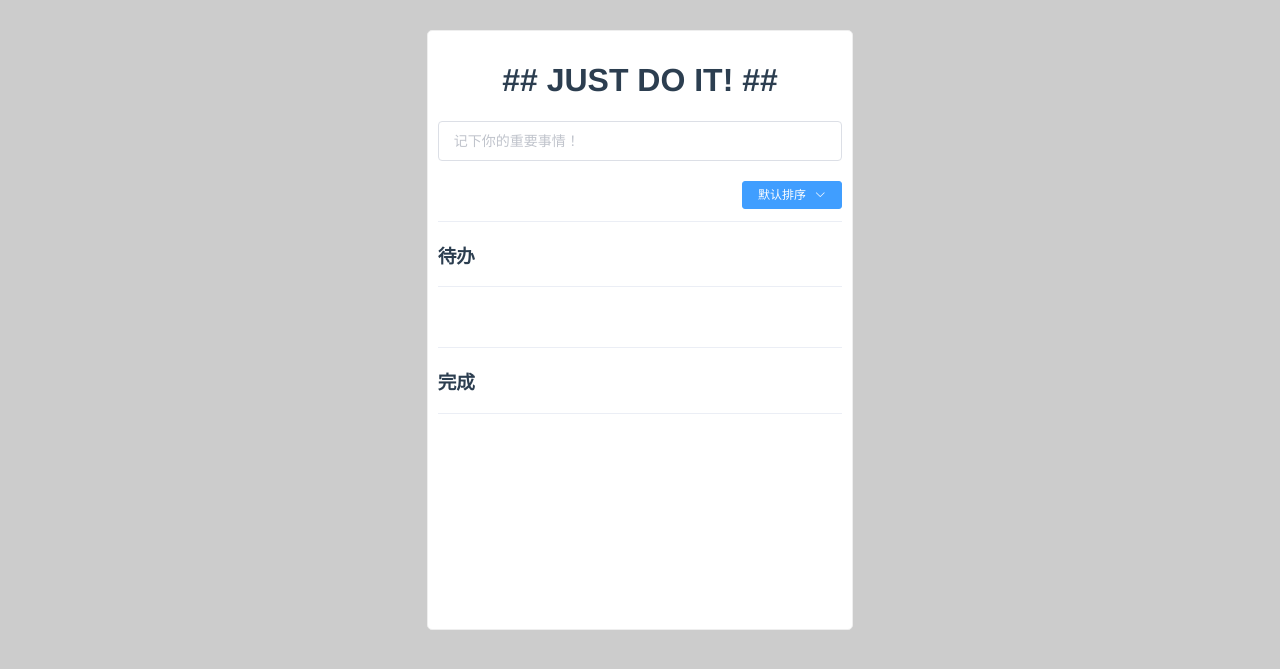
Repository: JonathanLee-LX/ToDo-LX
Page: /
These files come from the project's save history. The page is drawn as it stood at one moment and after the next save; the edit follows.
The browser window is 1280 px wide. The pictures show the whole page.
The project was rebuilt for these pictures with package versions that can differ from the ones it lists, and the page was loaded fresh each time.

Above is the page before, as saved 2018-06-30 18:57:39.

### index.html
<!DOCTYPE html>
<html>

<head>
  <meta charset="utf-8">
  <meta name="viewport" content="width=device-width,initial-scale=1.0">
  <title>todo-lx</title>
  <style type="text/css">
    html,
    body {
      width: 100%;
      height: 100%;
      margin: 0;
      padding: 0;
    }

  </style>
</head>

<body>
  <div id="app"></div>
  <!-- built files will be auto injected -->
</body>

</html>

### src/main.js
// The Vue build version to load with the `import` command
// (runtime-only or standalone) has been set in webpack.base.conf with an alias.
import Vue from 'vue'
import App from './App.vue'
import router from './router'
import ElementUI from 'element-ui'
import 'element-ui/lib/theme-chalk/index.css'

Vue.config.productionTip = false
Vue.use(ElementUI)

/* eslint-disable no-new */
new Vue({
  el: '#app',
  router,
  components: {
    App
  },
  template: '<App/>'
})

### src/App.vue
<template>
  <div id="app">
    <router-view/>
  </div>
</template>

<script>
export default {
  name: 'App'
}
</script>

<style>
#app {
    font-family: 'Avenir', Helvetica, Arial, sans-serif;
    -webkit-font-smoothing: antialiased;
    -moz-osx-font-smoothing: grayscale;
    text-align: center;
    color: #2c3e50;
    /* margin-top: 60px; */
    background-color: #ccc;
    width: 100%;
    min-height: 100%;
}
</style>

### src/router/index.js
import Vue from 'vue'
import Router from 'vue-router'
import ToDoList from '@/components/Todo'

Vue.use(Router)

export default new Router({
  routes: [{
    path: '/',
    name: 'ToDoList',
    component: ToDoList
  }]
})

### src/components/Todo.vue
<template>
  <div id="todo-app">
    <el-row>
      <el-col :offset="8" :span="8" class="main-container">
        <div class="main">
          <app-title></app-title>
          <InputArea
            @add-todo="addTodo"
          ></InputArea>
          <Sort></Sort>
          <TodoList
            :todoList="todoList"
            @has-done="hasDone"
          ></TodoList>
          <DoneList
            :doneList="doneList"
            @undo="undo"
          ></DoneList>
        </div>
      </el-col>
    </el-row>
  </div>
</template>
<script lang="js">
  import AppTitle from './app-title.vue'
  import InputArea from './Input-Area.vue'
  import TodoList from './Todo-List.vue'
  import DoneList from './Done-List.vue'
  import Sort from './Sort.vue'

  export default {
    components: {
      AppTitle,
      InputArea,
      Sort,
      TodoList,
      DoneList
    },
    data() {
      return {
        todo: '',
        todoList: [],
        doneList: []
      }
    },
    methods: {
      addTodo (todo) {
        this.todoList.push(todo)
      },
      hasDone(i, item) {
        let DoneList = this.todoList.splice(i, 1)
        this.addDone(DoneList)
      },
      addDone(DoneList) {
        this.doneList.push(DoneList)
      },
      undo(item) {
        let index = this.doneList.findIndex((item, i) => {
          return item.done === false
        })
        let todo = this.doneList.splice(index, 1)[0]
        this.todoList.push({
          title: todo.title,
          content: todo.content,
          createAt: todo.createAt,
          done: todo.done
        })
      }
    },
    created() {
    },
    beforeDestroy() {
    }
  }
</script>

<style>
  .main-container {
    background-color: #fff !important;
    min-height: 600px;
    border: 1px solid #eee;
    box-shadow: 1px 1px 1px #ccc;
    border-radius: 5px;
    margin-top: 30px;
  }

  .main {
    padding: 10px 10px;
  }

  .input-area {
    margin-bottom: 20px;
  }

  .el-col {
    background-color: #eee;
  }

  .el-collapse {
    margin-top: 60px;
  }

  .pull-right {
    float: right;
  }

  .pull-left {
    float: left;
  }

  .time {
    color: #aaa;
    font-size: 0.7em;
    display: inline-block;
    margin-right: 5px;
  }
</style>

### src/components/app-title.vue
<template>
  <h1
    class = "app-title"
  >## JUST DO IT! ##</h1>
</template>
<script>
</script>
<style>
  .app-title {
    color: '#ccc'
  }
</style>

### src/components/Input-Area.vue
<template>
    <div class="input-area">
        <el-input v-model="todo" @keydown.enter.native="addTodo" type="text" placeholder="记下你的重要事情！"></el-input>
    </div>
</template>
<script>
    export default {
        components: {},
        data() {
            return {
                todo: ''
            }
        },
        methods: {
            addTodo() {
                this.$emit('add-todo', {
                    title: this.todo
                })
                this.reset()
            },
            reset() {
                this.todo = ''
            }
        }
    }

</script>
<style>
</style>

### src/components/Todo-List.vue
<template>
  <el-collapse>
    <h3 style="text-align: left;">待办</h3>
    <div v-if="todoList.length">
      <el-collapse-item
        v-for="item in todoList"
        :title="item.title"
        :key="item.createAt"
        style="text-align: left;"
      >
        <template slot="title">
          <el-checkbox
            v-model="item.done"
            @change="getDone(item)"
            class="pull-left"
            style="margin-right: 10px;"
          >
          </el-checkbox>
          {{item.title}}
        </template>
        <div>
          {{item.content}}
        </div>
      </el-collapse-item>
    </div>
  </el-collapse>
</template>
<script>
  export default {
    name: 'TodoList',
    data() {
      return {
      }
    },
    props: {
      todoList: {
        type: Array,
        default: []
      }
    },
    methods: {
      getDone (done) {
        let i = this.todoList.findIndex(todo => todo === done)
        this.$emit('get-done', i, done)
      }
    }
  }
</script>
<style>
</style>

### src/components/Done-List.vue
<template>
  <el-collapse>
    <h3 style="text-align: left;">完成</h3>
    <div v-if="doneList.length">
      <el-collapse-item
        v-for="item in doneList"
        :title="item.content"
        :key="item.createAt"
        style="text-align: left;"
      >
        <template slot="title">
          <el-checkbox
            v-model="item.done"
            @change="undo(item)"
            class="pull-left"
            style="margin-right: 10px;"
          ></el-checkbox>
          <s>{{item.title}}</s>
          <span
            class="time"
            style="float: right;"
          >
            {{new Date(item.createAt).toLocaleTimeString()}}
          </span>
        </template>
        <el-input
          v-model="item.content"
          :rows="3"
          type="textarea"
          size="small"
          placeholder="描述"
        ></el-input>
      </el-collapse-item>
    </div>
  </el-collapse>
</template>
<script>
  export default {
    name: 'DoneList',
    data () {
      return {}
    },
    props: {
      doneList: {
        type: Array,
        default: []
      }
    },
    undo (todo) {
      let i = this.doneList.findIndex(
        done => todo === done
      )
      this.$emit('undo', i, done)
    }
  }
</script>
<style>
</style>

### src/components/Sort.vue
<template>
    <div class="tool-bar">
        <el-dropdown class="pull-right">
        <el-button type="primary" size="mini">
            默认排序
            <i class="el-icon-arrow-down el-icon--right"></i>
        </el-button>
        <el-dropdown-menu slot="dropdown">
            <el-dropdown-item>创建时间从早到晚</el-dropdown-item>
            <el-dropdown-item>创建时间从晚到早</el-dropdown-item>
            <el-dropdown-item>到期时间从早到晚</el-dropdown-item>
            <el-dropdown-item>到期时间从晚到早</el-dropdown-item>
            <el-dropdown-item>重要性从高到低</el-dropdown-item>
            <el-dropdown-item>重要性从低到高</el-dropdown-item>
        </el-dropdown-menu>
        </el-dropdown>
    </div>
</template>
<script>
export default {
  name: 'Sort',
  components: {},
  data () {
    return {}
  }
}
</script>
<style>
</style>

After the next save:
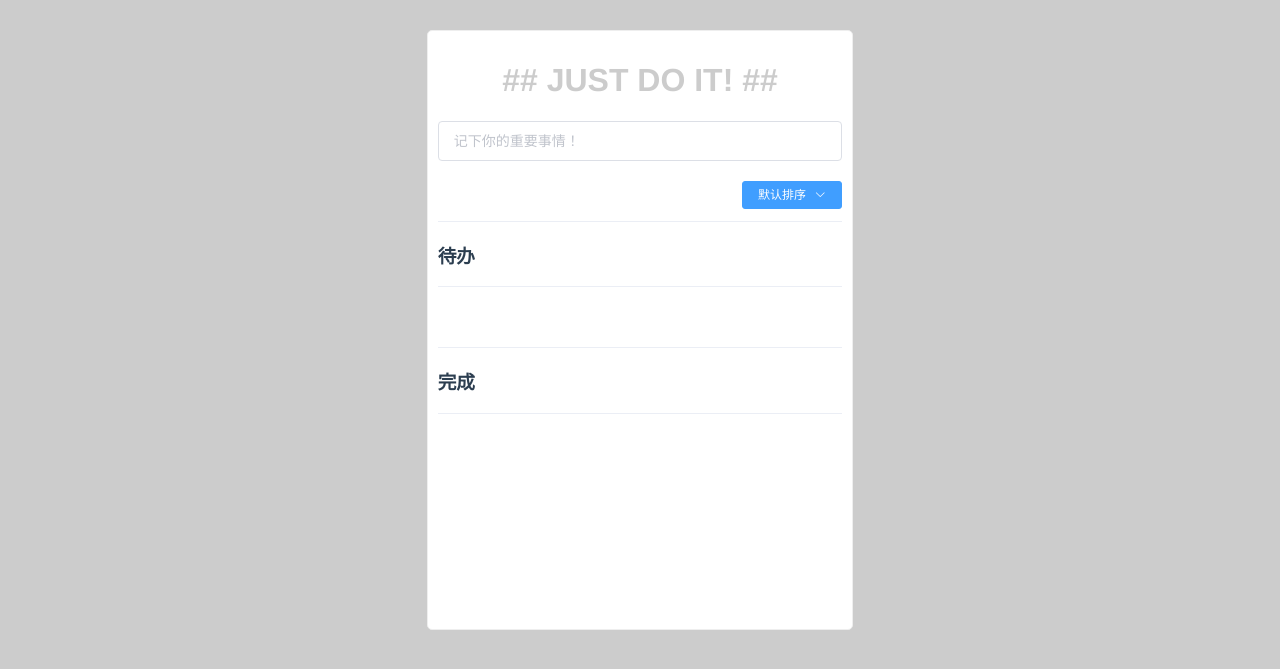
Saved 33 s later.
--- a/src/components/app-title.vue
+++ b/src/components/app-title.vue
@@ -7,6 +7,6 @@
 </script>
 <style>
   .app-title {
-    color: '#ccc'
+    color: #ccc
   }
 </style>

After the save that followed:
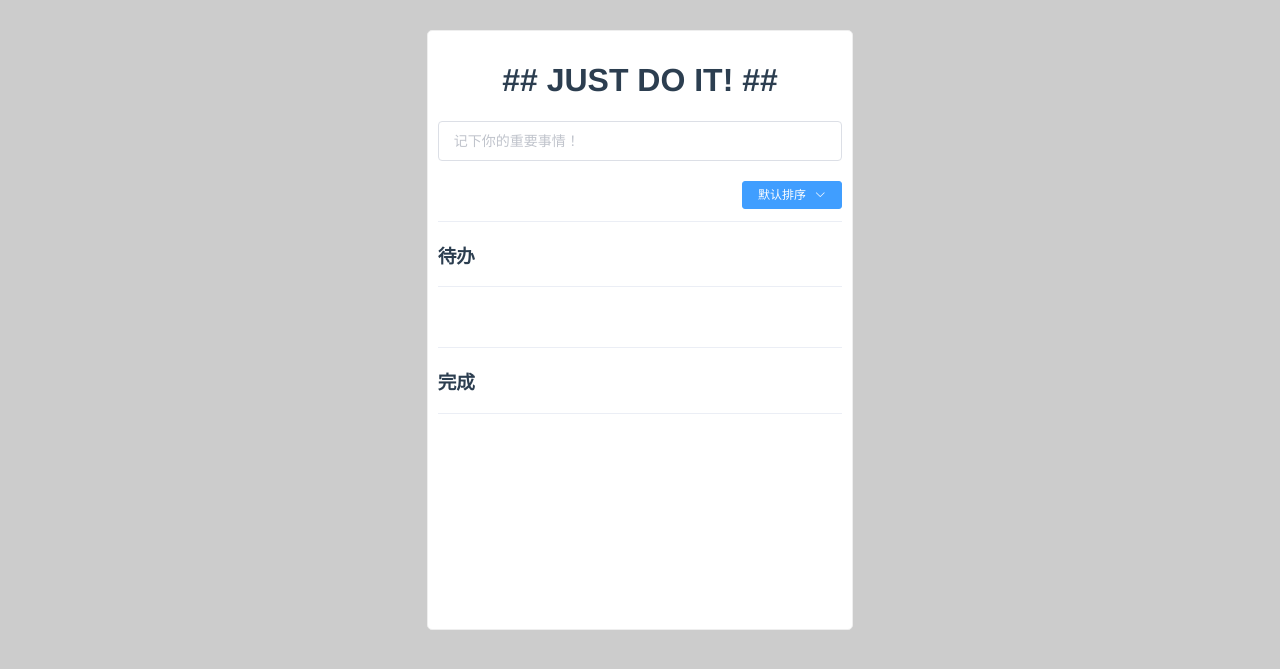
Saved 17 s later.
--- a/src/components/app-title.vue
+++ b/src/components/app-title.vue
@@ -4,9 +4,10 @@
   >## JUST DO IT! ##</h1>
 </template>
 <script>
+
 </script>
 <style>
   .app-title {
-    color: #ccc
+    color: '#45c'
   }
 </style>
